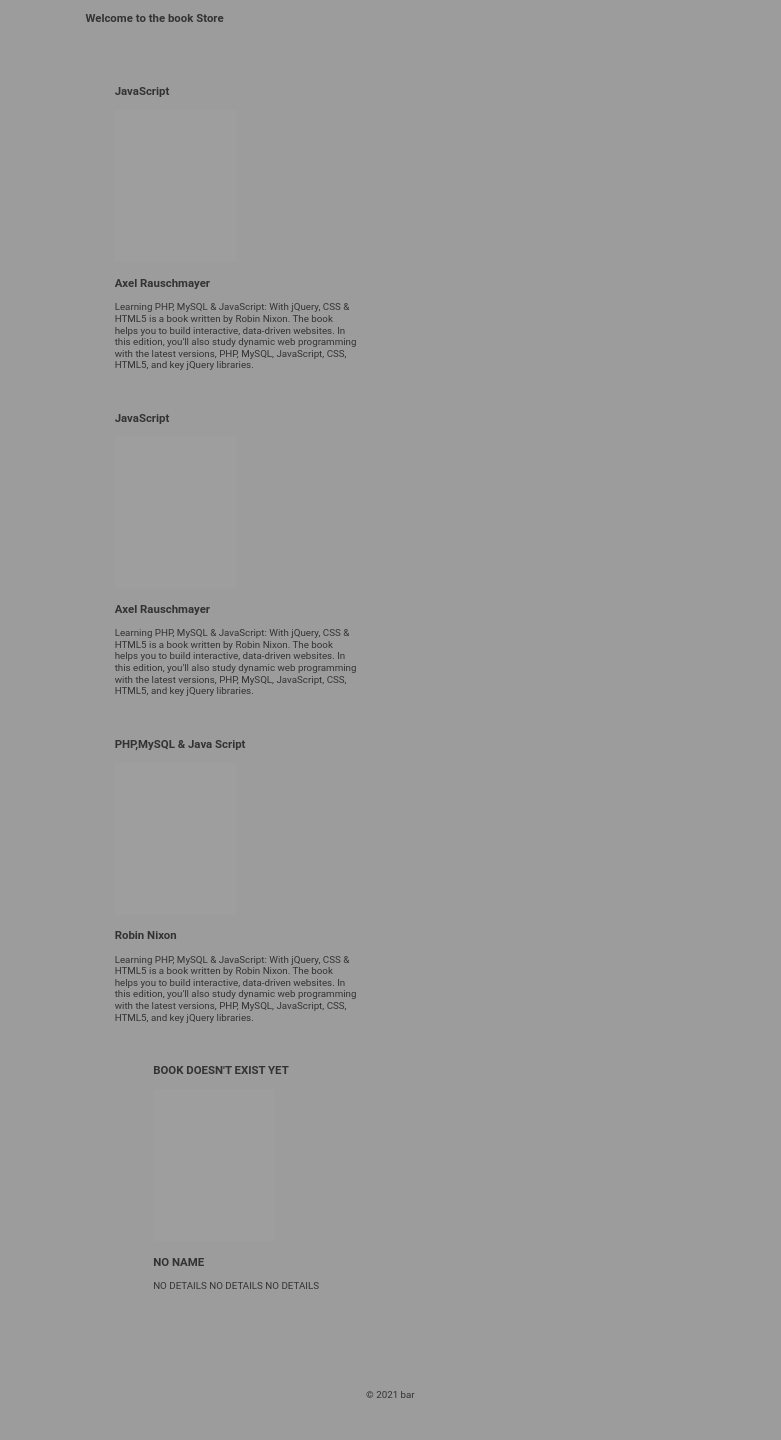
Repository: Axe33ile/React_JS
Page: / (app in book/)
The author's editor kept a copy of each file at every save. The page is drawn from the files as they stood at one save, then again after a run of saves.
The browser window is 1280 px wide. The pictures show the whole page, at 61% of full size.
Pictures or frames that could not be fetched are drawn as grey boxes. The project was rebuilt for these pictures with package versions that can differ from the ones it lists, and the page was loaded fresh each time.

Above is the page before, as saved 2021-04-24 00:29:47.

After the next 2 saves:
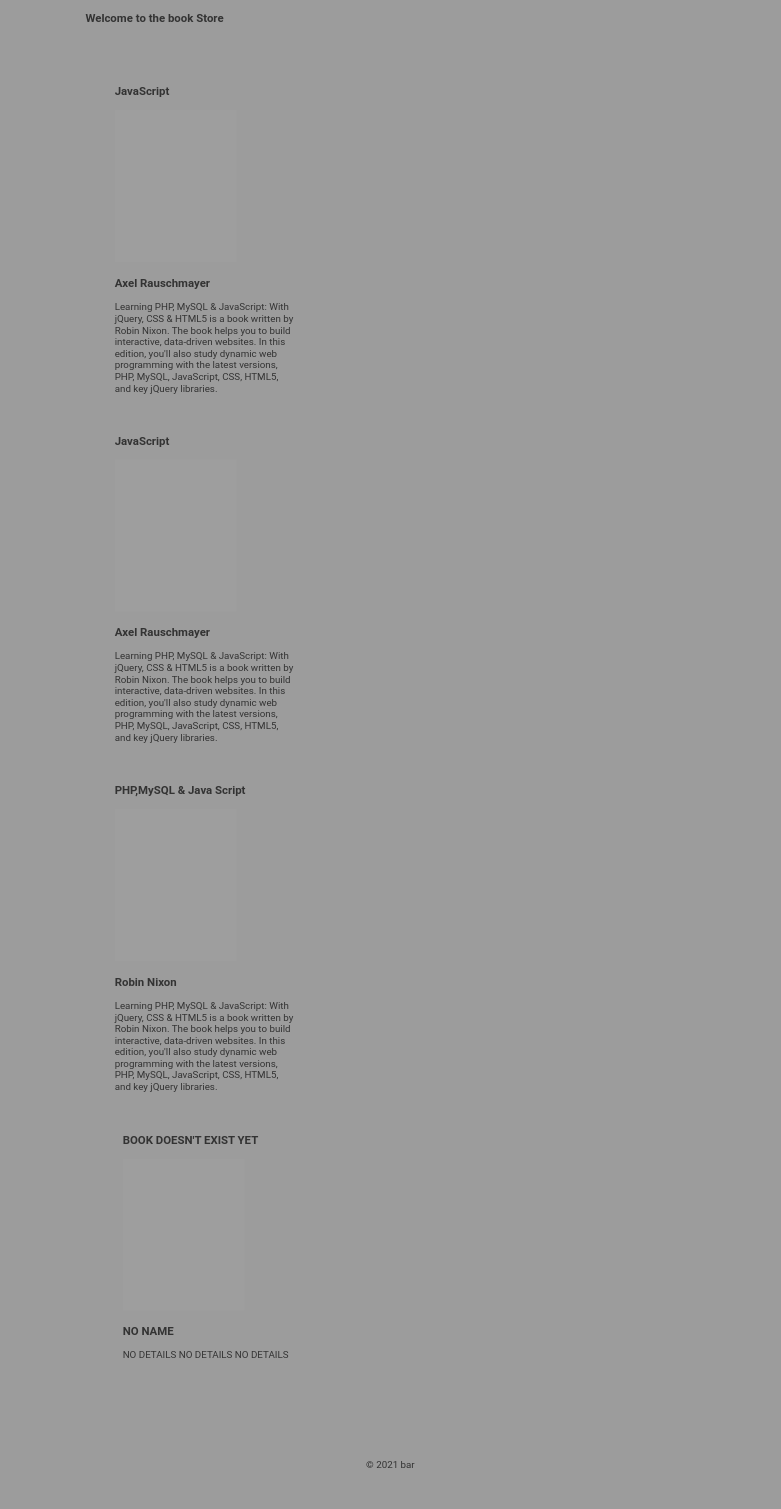
The 2 saves are shown as one change because they came seconds apart.
The last was saved 6 s later.
--- a/book/src/index.css
+++ b/book/src/index.css
@@ -52,7 +52,7 @@ footer {
   justify-content: center;
   padding: 2rem 0;
   margin:2rem;
-  width:430px;
+  width:330px;
 }
 
 .book {
